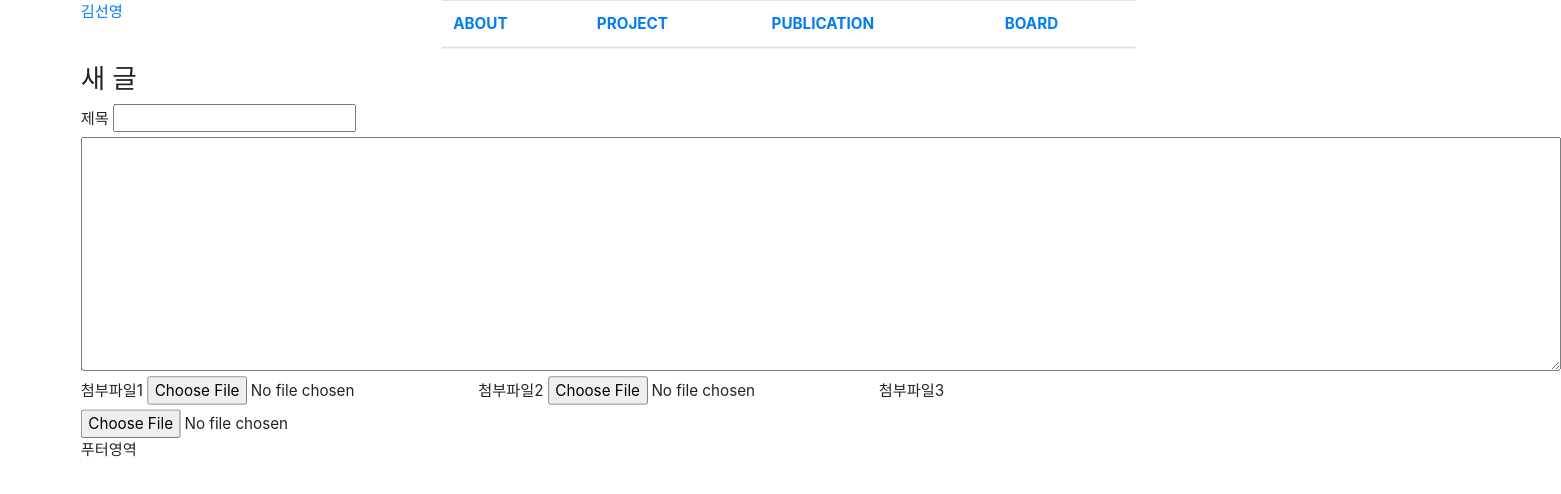
Repository: supremest35/web-projects
Page: http://localhost/noticeboard/board/form.jsp
These files come from the project's save history. The page is drawn as it stood at one moment and after the next save; the edit follows.
The browser window is 1280 px wide. The page is 1643 px wide, so the pictures cover 1643 px, including what lies to the right of the window. The pictures show the whole page, at 95% of full size.
The page is served by Tomcat 9.

Above is the page before, as saved 2020-12-06 04:23:48.

After the next save:
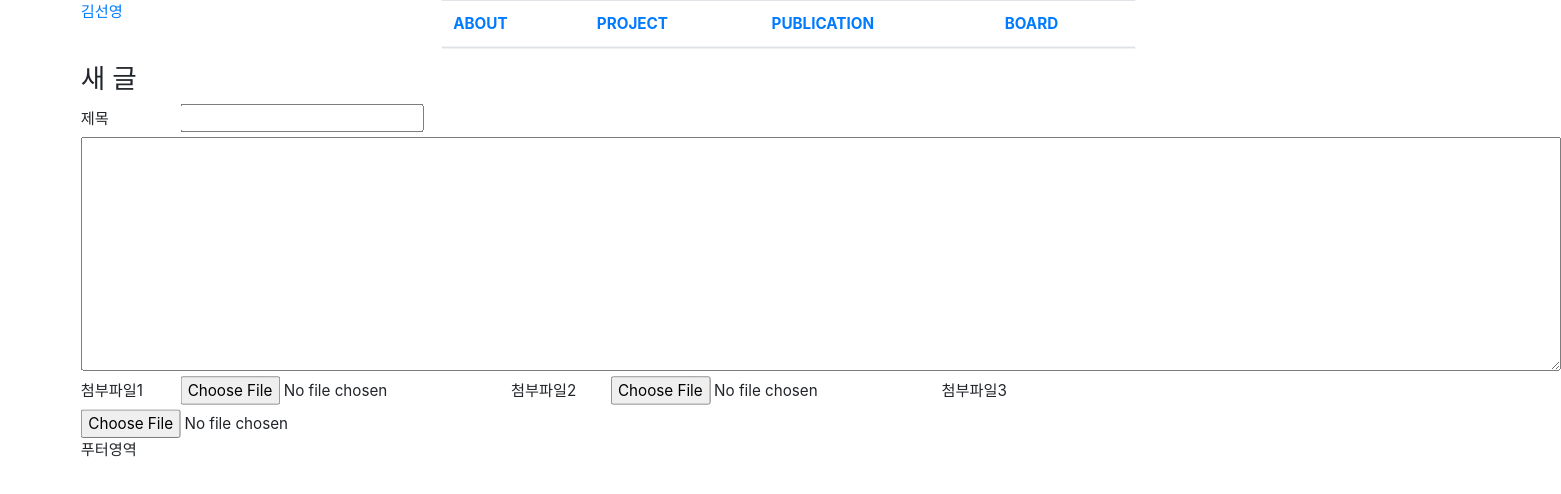
Saved 18 s later.
--- a/noticeboard/WebContent/board/form.jsp
+++ b/noticeboard/WebContent/board/form.jsp
@@ -13,6 +13,7 @@
   <style>
   	label {
   		display: inline-block;
+  		width: 100px;
   	}
   </style>
 </head>

After the save that followed:
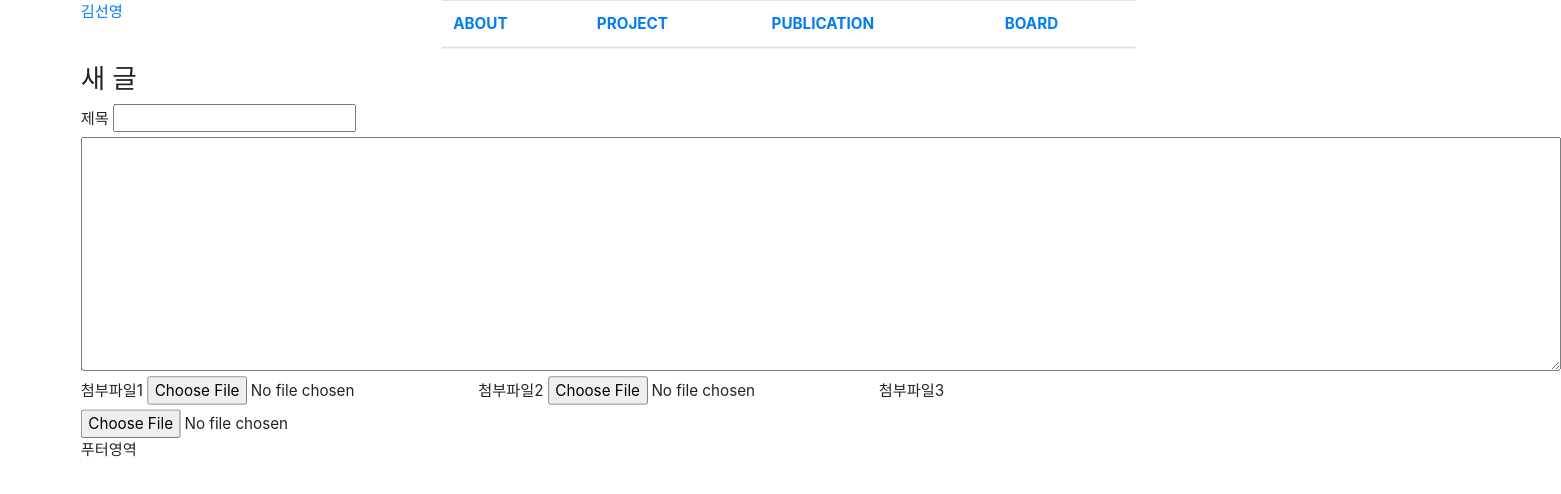
Saved 25 s later.
--- a/noticeboard/WebContent/board/form.jsp
+++ b/noticeboard/WebContent/board/form.jsp
@@ -10,12 +10,6 @@
   <script src="https://ajax.googleapis.com/ajax/libs/jquery/3.5.1/jquery.min.js"></script>
   <script src="https://cdnjs.cloudflare.com/ajax/libs/popper.js/1.16.0/umd/popper.min.js"></script>
   <script src="https://maxcdn.bootstrapcdn.com/bootstrap/4.5.2/js/bootstrap.min.js"></script>
-  <style>
-  	label {
-  		display: inline-block;
-  		width: 100px;
-  	}
-  </style>
 </head>
 <body>
 <div class="container">
